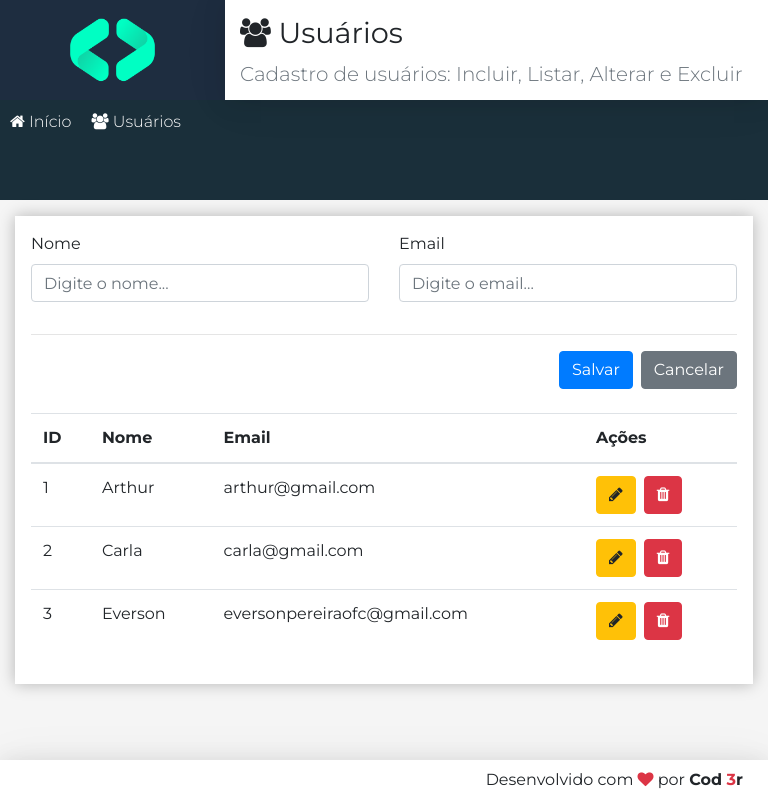
Repository: eversonps/projeto-cadastro-usuarios-firebase
Page: /users (app in frontend/)
These files come from the project's save history. The page is drawn as it stood at one moment and after the next save; the edit follows.
The browser window is 768 px wide. The pictures show the whole page.
The project was rebuilt for these pictures with package versions that can differ from the ones it lists, and the page was loaded fresh each time. Requests to the local data server were answered from the project's data file. Also part of the build but not shown: frontend/src/components/home/home.jsx.

Above is the page before, as saved 2022-03-22 15:34:33.

### frontend/public/index.html
<!DOCTYPE html>
<html lang="en">
  <head>
    <meta charset="utf-8" />
    <link rel="icon" href="%PUBLIC_URL%/favicon.ico" />
    <link rel="preconnect" href="https://fonts.googleapis.com">
    <link rel="preconnect" href="https://fonts.gstatic.com" crossorigin>
    <link href="https://fonts.googleapis.com/css2?family=Montserrat:wght@300;400;700&display=swap" rel="stylesheet">
    <meta name="viewport" content="width=device-width, initial-scale=1" />
    <meta name="theme-color" content="#000000" />
    <meta
      name="description"
      content="Web site created using create-react-app"
    />
    <link rel="apple-touch-icon" href="%PUBLIC_URL%/logo192.png" />
    <!--
      manifest.json provides metadata used when your web app is installed on a
      user's mobile device or desktop. See https://developers.google.com/web/fundamentals/web-app-manifest/
    -->
    <link rel="manifest" href="%PUBLIC_URL%/manifest.json" />
    <!--
      Notice the use of %PUBLIC_URL% in the tags above.
      It will be replaced with the URL of the `public` folder during the build.
      Only files inside the `public` folder can be referenced from the HTML.

      Unlike "/favicon.ico" or "favicon.ico", "%PUBLIC_URL%/favicon.ico" will
      work correctly both with client-side routing and a non-root public URL.
      Learn how to configure a non-root public URL by running `npm run build`.
    -->
    <title>React App</title>
  </head>
  <body>
    <noscript>You need to enable JavaScript to run this app.</noscript>
    <div id="root"></div>
    <!--
      This HTML file is a template.
      If you open it directly in the browser, you will see an empty page.

      You can add webfonts, meta tags, or analytics to this file.
      The build step will place the bundled scripts into the <body> tag.

      To begin the development, run `npm start` or `yarn start`.
      To create a production bundle, use `npm run build` or `yarn build`.
    -->
  </body>
</html>

### frontend/src/index.js
import React from 'react';
import ReactDOM from 'react-dom';
import './index.css';
import App from './main/app';
import reportWebVitals from './reportWebVitals';

ReactDOM.render(
  <React.StrictMode>
    <App />
  </React.StrictMode>,
  document.getElementById('root')
);

// If you want to start measuring performance in your app, pass a function
// to log results (for example: reportWebVitals(console.log))
// or send to an analytics endpoint. Learn more: https://bit.ly/CRA-vitals
reportWebVitals();

### frontend/src/main/app.jsx
import "./app.css"
import "bootstrap/dist/css/bootstrap.min.css"
import "font-awesome/css/font-awesome.min.css"

import React from "react"

import Logo from "../components/template/logo"
import Nav from "../components/template/nav"
import Footer from "../components/template/footer"
import Routes from "./routes"

import {BrowserRouter as Router} from "react-router-dom"

export default props => {
    return (
        <div className="app">
            <Router>
                <Logo></Logo>
                <Nav></Nav>
                <Routes></Routes>
                <Footer></Footer>
            </Router>
        </div>
    )
}

### frontend/src/main/app.css
:root{
    --bg-dark: #1A2F3A;
    --logo-height: 100px;
    --header-height: 100px;
    --aside-width: 225px;
    --footer-height: 40px;
    --menu-top-right: 100px;

    --shadow: 0 2px 23px 0 rgba(0, 0, 0, 0.1), 0 2px 49px 0 rgba(0, 0, 0, 0.06);
}

* {
    box-sizing: border-box;
    font-family: 'Montserrat', sans-serif;
}

.app{
    margin: 0px;
    display: grid;
    grid-template-columns: var(--aside-width) 1fr;
    grid-template-rows: var(--header-height) 1fr var(--footer-height);
    grid-template-areas:
        "logo header"
        "menu content"
        "menu footer";
    height: 100vh;
    background-color: #F5F5F5;
}

aside.logo{
    grid-area: logo;
}

header.header{
    grid-area: header;
}

aside.menu-area{
    grid-area: menu;
}

main.content{
    grid-area: content;
}

footer.footer{
    grid-area: footer;
}

@media(max-width: 768px){
    .app{
        grid-template-rows: var(--header-height) var(--menu-top-right) 1fr var(--footer-height);
        grid-template-columns: var(--aside-width) 1fr;
        grid-template-areas:
            "logo header"
            "menu menu"
            "content content"
            "footer footer"
        ;
    }
}

### frontend/src/components/template/logo.jsx
import React from "react"
import "./logo.css"
import logo from "../../assets/images/logo.png"

import { Link } from "react-router-dom"
export default props => (
    <aside className="logo">
        <Link to="/" className="logo">
            <img src={logo} alt="logo" />
        </Link>
    </aside>
)

### frontend/src/components/template/nav.jsx
import React from "react"
import "./nav.css"

import {Link} from "react-router-dom"

export default props => {
    return (
        <aside className="menu-area">
            <nav className="menu">
                <Link to="/">
                    <i className="fa fa-home"></i> Início
                </Link>
                <Link to="/users">
                    <i className="fa fa-users"></i> Usuários
                </Link>
            </nav>
        </aside>
    )
}

### frontend/src/components/template/footer.jsx
import React from "react";
import "./footer.css"

export default props => (
    <footer className="footer">
        <span>
            Desenvolvido com <i className="fa fa-heart text-danger"></i> por <strong>Cod <span className="text-danger">3</span>r</strong>
        </span>
    </footer>
)

### frontend/src/main/routes.jsx
import React from "react";
import {Routes, Route} from "react-router-dom"

import Home from "../components/home/home"
import UserCrud from "../components/user/userCrud"

export default props => (
    <Routes>
        <Route path="/" element={<Home />}/>
        <Route path="/users" element={<UserCrud />}/>
        <Route path="*" element={<Home />}/>
    </Routes>
)

### frontend/src/components/template/logo.css
aside.logo{
    background-color: var(--bg-dark);
    display: flex;
    justify-content: center;
    align-items: center;
}

aside.logo img {
    width: 100%;
}

### frontend/src/components/template/nav.css
aside.menu-area{
    background-color: var(--bg-dark);
    box-shadow: 2px 0 10px 0 rgba(0,0,0,0.12), rgba(0,0,0,0.09);
}

.menu a{
    display: block;
    text-decoration: none;
    color: #FFF;
    font-weight: 300;
    padding: 15px;
}

.menu a:hover {
    background: linear-gradient(135deg, #07A7E3 0%, #32DAC3 100%);
}

@media(max-width: 768px){
    .menu{
        margin: 0px;
        justify-content: space-around;
        display: flex;
        justify-content: flex-start;
        align-items: center;
    }

    .menu a{
        display: inline;
        padding: 10px;
    }
}

### frontend/src/components/template/footer.css
footer.footer{
    display: flex;
    align-items: center;
    justify-content: flex-end;
    padding: 0 25px;
    background-color: #FFF;
    box-shadow: var(--shadow);
}

### frontend/src/components/user/userCrud.jsx
import React, {Component, useReducer} from "react"
import Main from "../template/main"
import axios from "axios"

const headerProps = {
    icon: "users",
    title: "Usuários",
    subtitle: "Cadastro de usuários: Incluir, Listar, Alterar e Excluir"
}

const baseUrl = "http://localhost:3001/users"
const initialState = {
    user: {name: "", email: ""},
    list: []
}

export default class UserCrud extends Component{
    state = { ...initialState }

    componentWillMount(){
        axios(baseUrl).then(resp => {
            this.setState({list: resp.data})
        })
    }

    clear(){
        this.setState({user: initialState.user})
    }

    save(){
        const user = this.state.user
        const method = user.id ? "put" : "post"
        const url = user.id ? `${baseUrl}/${user.id}` : baseUrl
        axios[method](url, user).then(resp => {
            const list = this.getUpdatedList(resp.data)
            this.setState({user: initialState.user, list})
        })
    }

    getUpdatedList(user, add=true){
        const list = this.state.list.filter(u => u.id !== user.id)
        if(add) list.unshift(user)
        return list
    }

    updateField(event){
        const user = {...this.state.user}
        user[event.target.name] = event.target.value
        this.setState({ user })
    }

    renderForm(){
        return (
            <div className="form">
                <div className="row">
                    <div className="col-12 col-md-6">
                        <div className="form-group">
                            <label>Nome</label>
                            <input type="text" className="form-control" name="name" value={this.state.user.name} onChange={e => this.updateField(e)} placeholder="Digite o nome..."/>
                        </div>
                    </div>

                    <div className="col-12 col-md-6">
                        <div className="form-group">
                            <label>Email</label>
                            <input type="text" className="form-control" name="email" value={this.state.user.email} onChange={e => this.updateField(e)} placeholder="Digite o email..."/>
                        </div>
                    </div>
                </div>

                <hr />

                <div className="row">
                    <div className="col-12 d-flex justify-content-end">
                        <button className="btn btn-primary" onClick={e => this.save(e)}>Salvar</button>
                        <button className="btn btn-secondary ml-2" onClick={e => this.clear(e)}>Cancelar</button>
                    </div>
                </div>
            </div>
        )
    }

    load(user){
        this.setState({ user })
    }

    remove(user){
        axios.delete(`${baseUrl}/${user.id}`).then(resp => {
            const list = this.getUpdatedList(user, false)
            console.log(list)
            this.setState({ list })
        })
    }

    renderTable(){
        return (
            <table className="table mt-4">
                <thead>
                    <tr>
                        <th>ID</th>
                        <th>Nome</th>
                        <th>Email</th>
                        <th>Ações</th>
                    </tr>
                </thead>
                <tbody>
                    {this.renderRows()}
                </tbody>
            </table>
        )
    }

    renderRows(){
        const trs = this.state.list.map(u => {
            return(
                <tr key={u.id}>
                    <td>{u.id}</td>
                    <td>{u.name}</td>
                    <td>{u.email}</td>
                    <td>
                        <button className="btn btn-warning" onClick={() => this.load(u)}>
                            <i className="fa fa-pencil"></i>
                        </button>
                        <button className="btn btn-danger ml-2"  onClick={() => this.remove(u)}>
                            <i className="fa fa-trash"></i>
                        </button>
                    </td>
                </tr>
            )
        })

        return trs
    }

    render(){
        return (
            <Main {...headerProps}>
                {this.renderForm()}
                {this.renderTable()}
            </Main>
        )
    }
}

### frontend/src/components/template/main.jsx
import React from "react"
import Header from "./header"
import "./main.css"

export default props => (
    <>
        <Header {...props}></Header>
        <main className="content container-fluid">
            <div className="p-3 mt-3">
                {props.children}
            </div>
        </main>
    </>
)

### frontend/src/components/template/header.jsx
import React from "react";
import "./header.css"

export default props => (
    <header className="header d-none d-sm-flex flex-column">
        <h1 className="mt-3">
            <i className={`fa fa-${props.icon}`}></i> {props.title}
        </h1>
        <p className="lead text-muted">{props.subtitle}</p>
    </header>
)

### frontend/src/components/template/header.css
header.header{
    background-color: #FFF;
    padding: 0px 15px;
    overflow: hidden;
    white-space: nowrap;
    box-shadow: var(--shadow);
}

header.header h1{
    font-size: 1.8em;
}

### backend/db.json
{
  "users": [
    {
      "id": 1,
      "name": "Arthur",
      "email": "arthur@gmail.com"
    },
    {
      "id": 2,
      "name": "Carla",
      "email": "carla@gmail.com"
    },
    {
      "name": "Everson",
      "email": "eversonpereiraofc@gmail.com",
      "id": 3
    }
  ]
}

Loaded but not shown: frontend/src/index.css (common file); frontend/src/reportWebVitals.js (common file); frontend/src/components/template/main.css (common file)

After the next save:
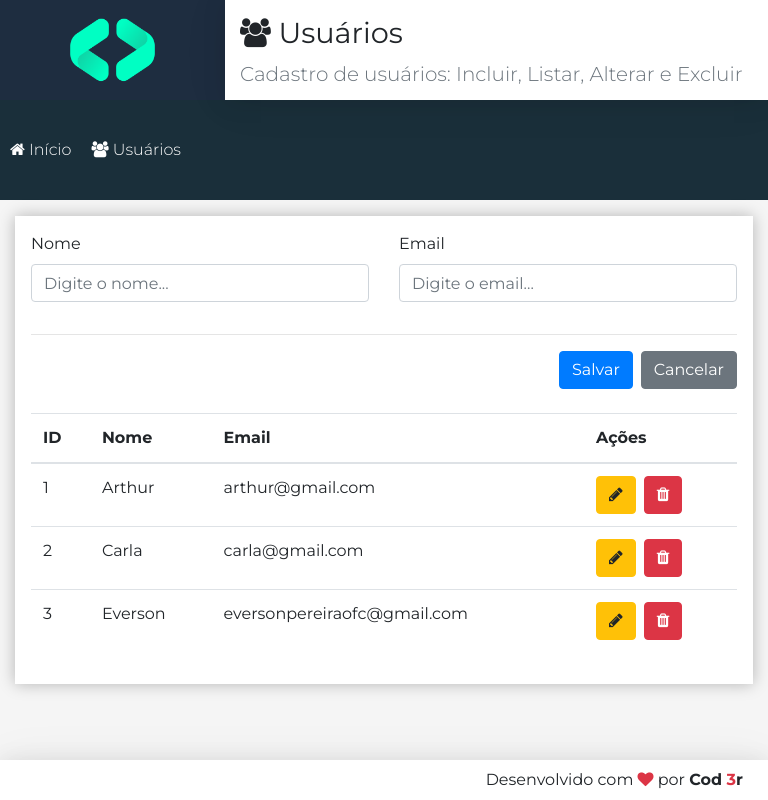
Saved 61 s later.
--- a/frontend/src/components/template/nav.css
+++ b/frontend/src/components/template/nav.css
@@ -17,7 +17,7 @@
 
 @media(max-width: 768px){
     .menu{
-        margin: 0px;
+        height: 100%;
         justify-content: space-around;
         display: flex;
         justify-content: flex-start;
@@ -25,6 +25,7 @@
     }
 
     .menu a{
+        margin: 0px;
         display: inline;
         padding: 10px;
     }

After the save that followed:
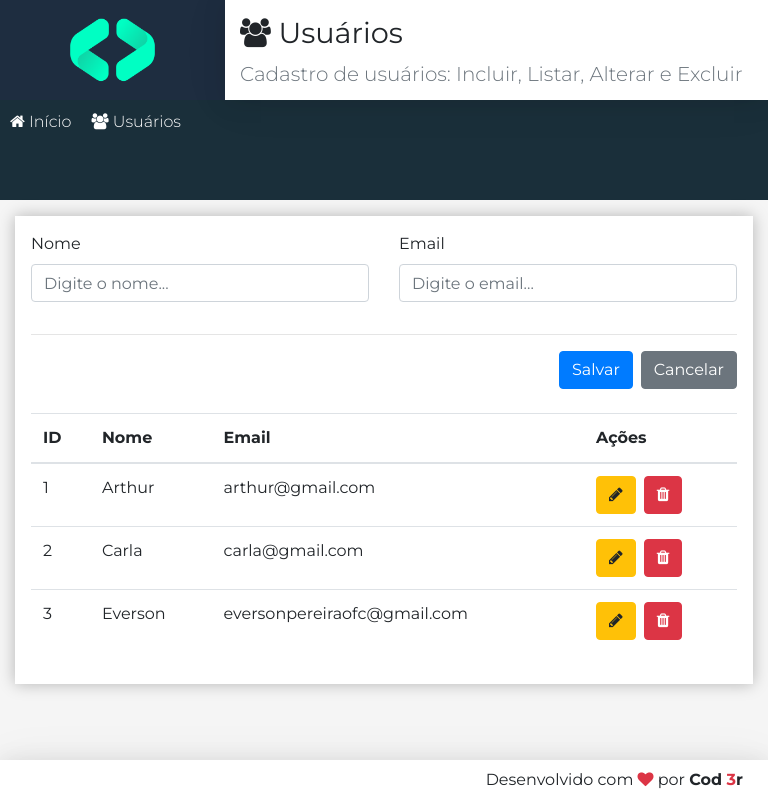
Saved 67 s later.
--- a/frontend/src/components/template/nav.css
+++ b/frontend/src/components/template/nav.css
@@ -17,8 +17,6 @@
 
 @media(max-width: 768px){
     .menu{
-        height: 100%;
-        justify-content: space-around;
         display: flex;
         justify-content: flex-start;
         align-items: center;
